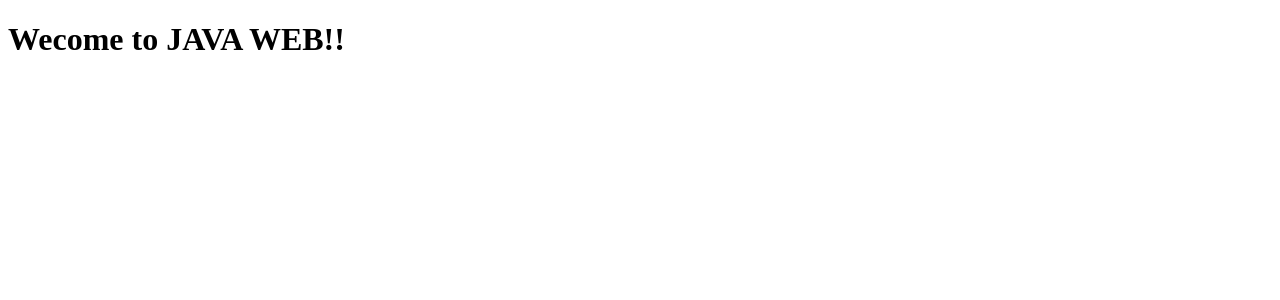
Repository: mahen035/mars-java
Page: web-demo/src/main/webapp/index.html
These files come from the project's save history. The page is drawn as it stood at one moment and after the next save; the edit follows.
The browser window is 1280 px wide. The pictures show the whole page.

Above is the page before, as saved 2024-01-08 16:30:21.

After the next save:
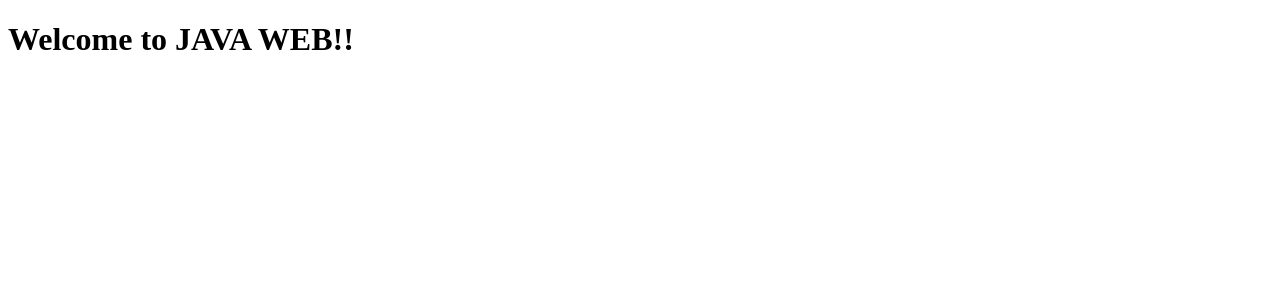
Saved 9 s later.
--- a/web-demo/src/main/webapp/index.html
+++ b/web-demo/src/main/webapp/index.html
@@ -5,6 +5,6 @@
 <title>Insert title here</title>
 </head>
 <body>
-<h1> Wecome to JAVA WEB!!</h1>
+<h1> Welcome to JAVA WEB!!</h1>
 </body>
 </html>
